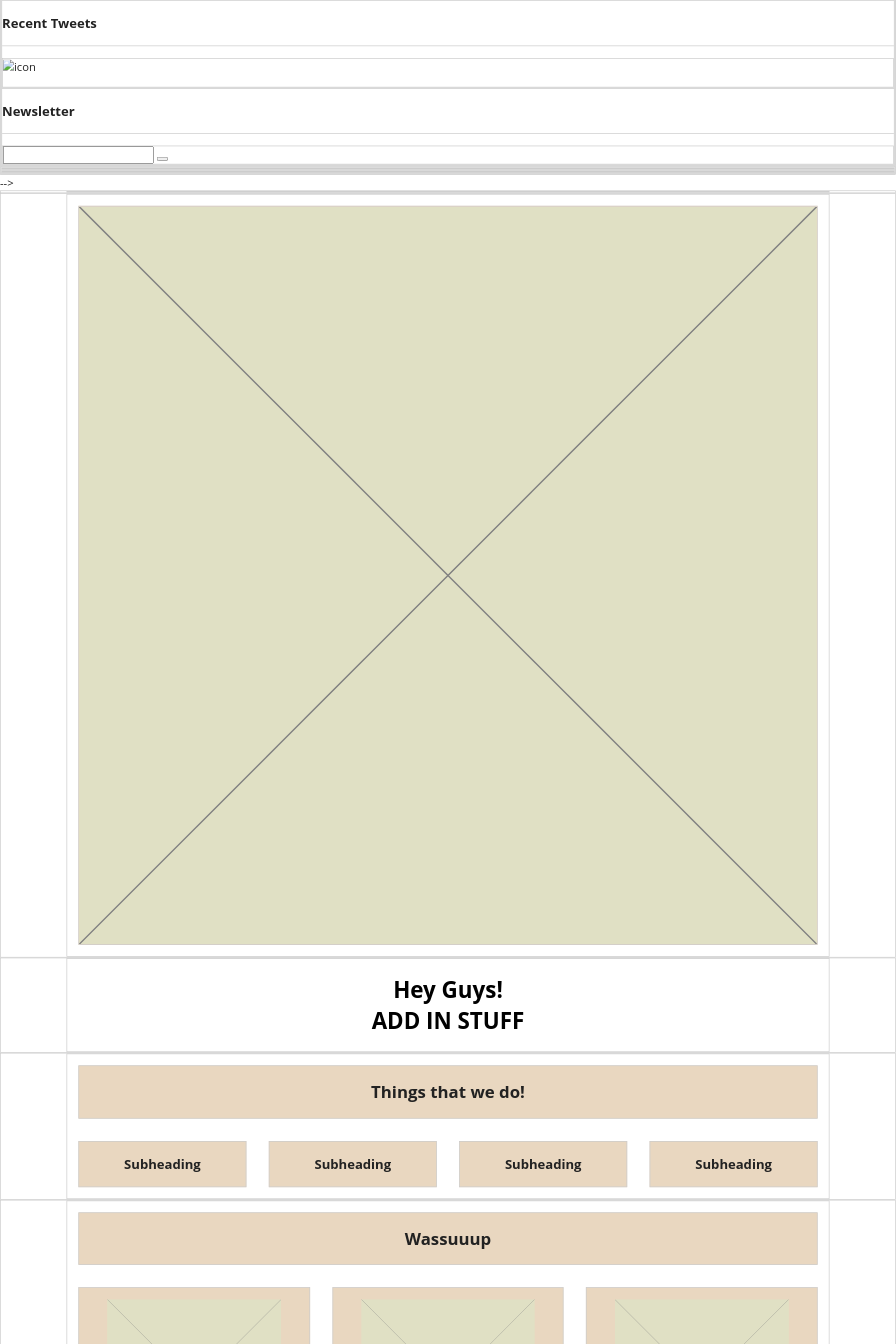
Repository: eilidhma/metrolics
Page: index.html
An editor plug-in stored every save of this project. The page is shown before and after the next save, followed by the edit.
The browser window is 1280 px wide. The pictures show the part of the page from y = 4440 to 6360 px (the page is 8085 px tall before and 8063 px after), at 70% of full size.

Above is the page before, as saved 2021-02-02 17:45:49.

After the next save:
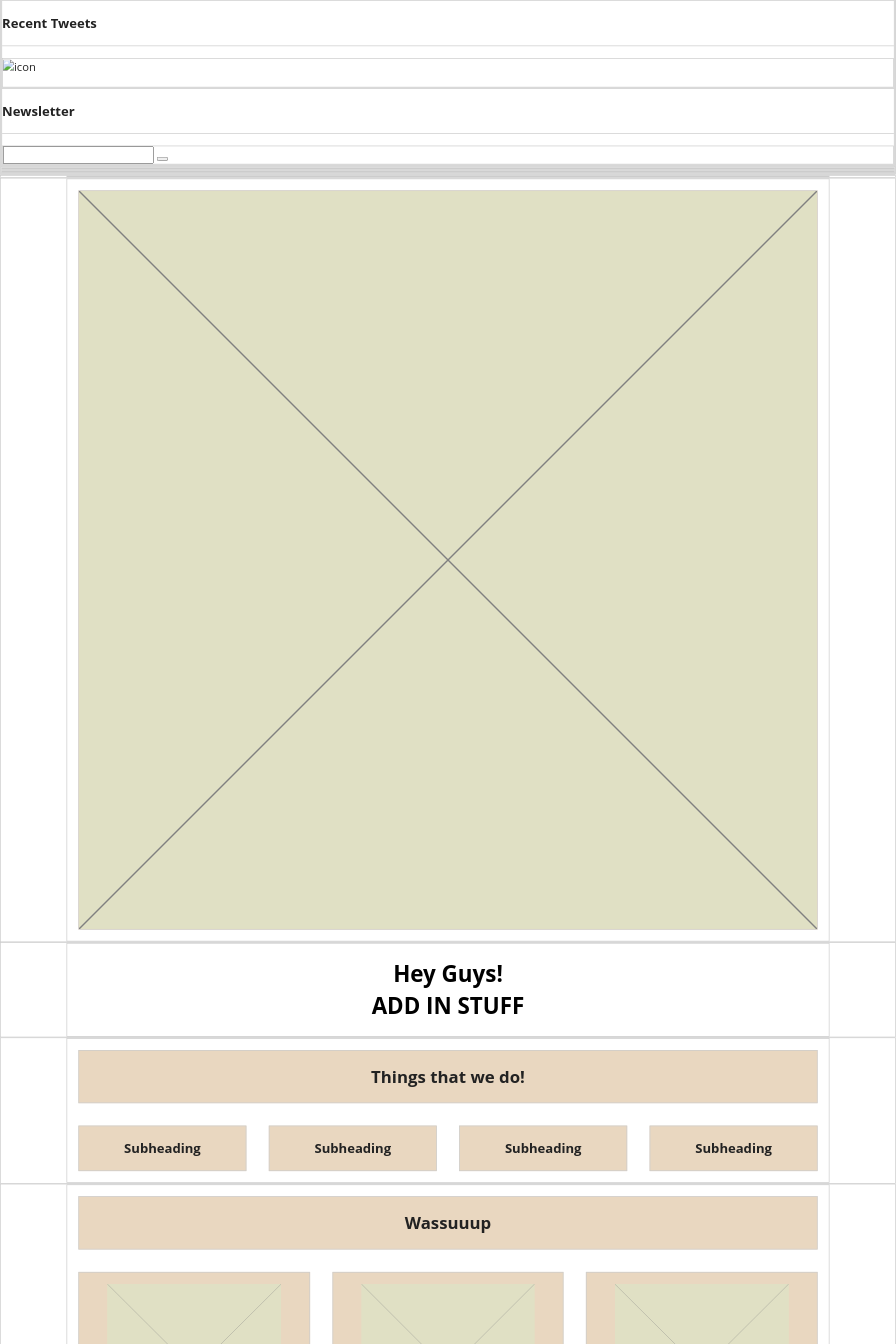
Saved 31 s later.
--- a/index.html
+++ b/index.html
@@ -316,7 +316,7 @@
       <div class="footer__bottom__item"></div>
       <div class="footer__bottom__item"></div>
     </section>
-  </footer> -->
+  </footer>
 
   <!-- <script src="js/vendor/modernizr-3.11.2.min.js"></script>
   <script src="js/plugins.js"></script>

After the 5 saves that followed:
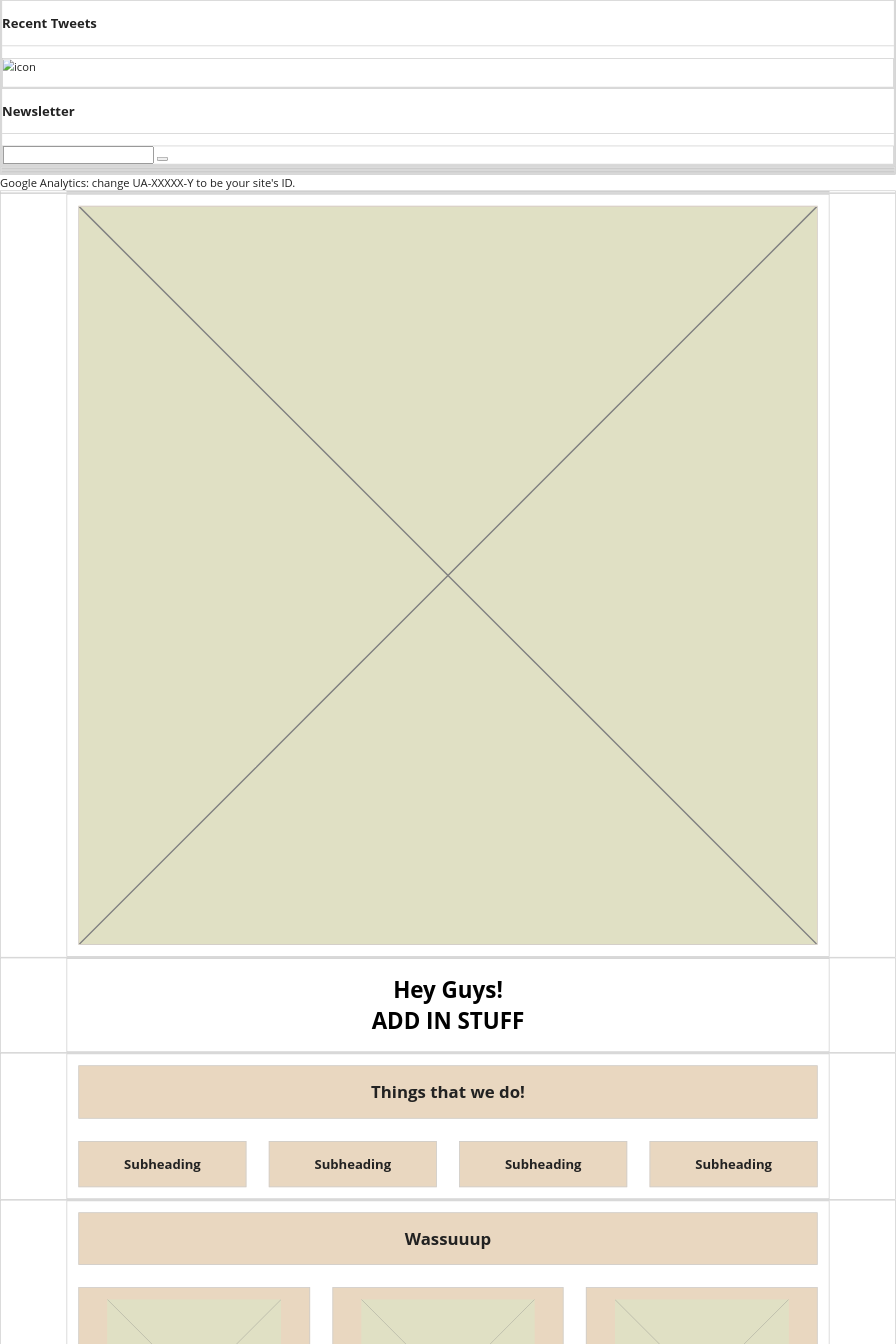
The 5 saves are shown as one change because they came seconds apart.
The last was saved 15 s later.
--- a/index.html
+++ b/index.html
@@ -322,13 +322,13 @@
   <script src="js/plugins.js"></script>
   <script src="js/main.js"></script>-->
 
-  <!-- Google Analytics: change UA-XXXXX-Y to be your site's ID. -->
-  <!-- <script>
+  Google Analytics: change UA-XXXXX-Y to be your site's ID.
+  <script>
     window.ga = function () { ga.q.push(arguments) }; ga.q = []; ga.l = +new Date;
     ga('create', 'UA-XXXXX-Y', 'auto'); ga('set', 'anonymizeIp', true); ga('set', 'transport', 'beacon'); ga('send', 'pageview')
   </script>
   <script src="https://www.google-analytics.com/analytics.js" async></script>
-</body> -->
+</body>
 
 <body class="page page-home">
   <header class="page__header">
